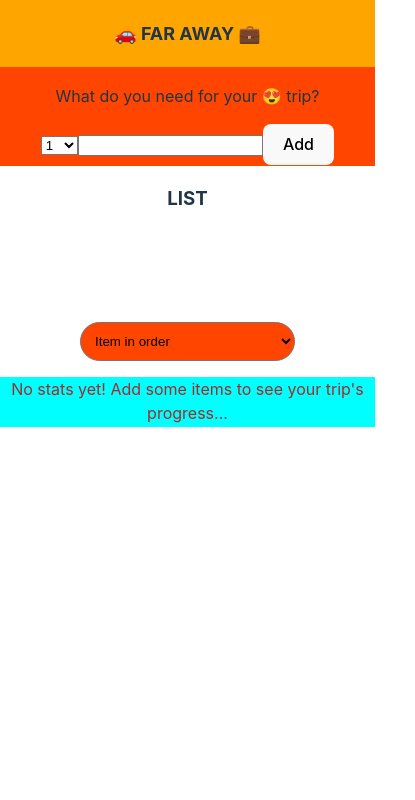
Repository: Celebration-cloud/Trip-Add-To-List
Page: /
An editor plug-in stored every save of this project. The page is shown before and after the next save, followed by the edit.
The browser window is 375 px wide. The page is 375 px wide, then 415 px, so the pictures cover 415 px, including what lies to the right of the window. The pictures show the whole page.
The project was rebuilt for these pictures with package versions that can differ from the ones it lists, and the page was loaded fresh each time. Also part of the build but not shown: vite.config.js.

Above is the page before, as saved 2023-10-29 16:28:28.

### src/App.jsx
import './App.css'
import TripList from './Trip-List/TripList'

function App() {

  return (
    <>
    <TripList/>
    </>
  )
}

export default App

### src/App.css
#root {
  margin: 0;
  padding: 0;
  text-align: center;
}

.logo {
  height: 6em;
  padding: 1.5em;
  will-change: filter;
  transition: filter 300ms;
}
.logo:hover {
  filter: drop-shadow(0 0 2em #646cffaa);
}
.logo.react:hover {
  filter: drop-shadow(0 0 2em #61dafbaa);
}

@keyframes logo-spin {
  from {
    transform: rotate(0deg);
  }
  to {
    transform: rotate(360deg);
  }
}

@media (prefers-reduced-motion: no-preference) {
  a:nth-of-type(2) .logo {
    animation: logo-spin infinite 20s linear;
  }
}

.card {
  padding: 2em;
}

.read-the-docs {
  color: #888;
}

### src/Trip-List/TripList.jsx
/* eslint-disable react/no-unescaped-entities */
/* eslint-disable react/prop-types */
import { useState } from "react";
import './TripList.css'
function TripList() {
  const [addItem, setAddItem] = useState([]);

  const handleAddItem = (item) => {
    setAddItem((items) => [...items, item]);
  };
  const handleRemoveItem = (id) =>{
    setAddItem(items => items.filter(p => p.id !== id))
  }
  const handleChecked = (id) => {
    setAddItem(items => items.map(item => item.id === id ? {...item, packed: !item.packed} : item));
  };
  return (
    <div>
      <TripHead/>
      <TripForm handleAddItem={handleAddItem}/>
      <TripListForm addItem={addItem} remove={handleRemoveItem} check={handleChecked}/>
      <TripStats stats={addItem}/>
    </div>
  )
}

export default TripList

function TripHead() {
  return (
    <div style={{backgroundColor: "orange", padding: "5px"}}>
      <h2 className="title">🚗 FAR AWAY 💼</h2>
    </div>
  )
}

function TripForm({handleAddItem}) {
  const [item, setItem] = useState({description: "", quantity: 1})

  const handleSubmit = (e) =>{
    e.preventDefault();
    if (!item.description) return;

    const newItem = {
      des: item.description,
      amount: item.quantity,
      packed: false,
      id: Date.now(),
    };

    handleAddItem(newItem);
    setItem({ description: "", quantity: 1 });
  }
  const handleInput = (e) =>{
    setItem(prev => ({...prev, description: e.target.value}))
  }
  const handleOption = (e) =>{
    setItem(prevState => ({...prevState,quantity: Number(e.target.value)}))
  }
  return (
    <div style={{ backgroundColor: "orangered", padding: "1px" }}>
      <form onSubmit={handleSubmit}>
        <span>
          <p>What do you need for your 😍 trip?</p>
          <select onChange={handleOption} value={item.quantity}>
            {Array.from({ length: 10 }, (_, i) => i + 1).map((num) => (
              <option value={num} key={num}>
                {num}
              </option>
            ))}
          </select>
          <input onChange={handleInput} value={item.description}></input>
          <button type="submit">Add</button>
        </span>
      </form>
    </div>
  );
}

function TripListForm({addItem, remove, check}) {
  const [sort, setSort] = useState("input")
  const sortingBy = (e) => {
    setSort(e.target.value);
  };
  let sorting;
  if (sort === "input") sorting = addItem;
  if (sort === "checked")
    sorting = addItem.slice().sort((a, b) => a.des.localeCompare(b.des));
  if (sort === "order")
    sorting = addItem
      .slice()
      .sort((a, b) => Number(a.packed) - Number(b.packed));

  return (
    <>
      <h3>LIST</h3>
      <ul style={{ listStyleType: "none" }}>
        <li>
          {sorting?.map((item) => (
            <>
              <input
                type="checkbox"
                value={item.packed}
                onChange={() => check(item.id)}
              />
              <span
                key={item.id}
                style={item.packed ? { textDecoration: "line-through" } : {}}
              >
                {item.amount}-{item.des}
              </span>
              <button onClick={() => remove(item.id)}>
                🚩
              </button>
            </>
          ))}
        </li>
      </ul>
      <div>
        <select onChange={sortingBy} value={sort} style={{padding: "10px 100px 10px 10px", marginTop: "90px", backgroundColor: "orangered", borderRadius: "20px"}}>
          <option value="input" style={{marginRight: "5px", backgroundColor: "brown" }}>Item in order</option>
          <option value="checked" style={{marginRight: "5px"}}>Checked Item</option>
          <option value="order" style={{marginRight: "5px"}}>Split Item</option>
        </select>
      </div>
    </>
  );
}

function TripStats({stats}) {
  if(!stats.length)
  return (
    <footer className="static">
      <p>No stats yet! Add some items to see your trip's progress...</p>
    </footer>
  );
  const total = stats.length
  const packed= stats.filter(items => items.packed).length
  const percent = Math.round((packed / total) * 100)
  return (
    <>
      {percent === 100 ? (
        <footer className="static">
          <p>You have Completed the List✈</p>
        </footer>
      ) : (
        <footer className="static">
          <p>
            You have {total} items on your list, and already packed {packed} (
            {percent}%)
          </p>
        </footer>
      )}
    </>
  );
}

### src/Trip-List/TripList.css
/* backgroundColor: "aqua",
            color: "brown",
            bottom: "0%",
            height: "30px",
            width: "100%", */
.static{
    position: absolute;
    background-color: aqua;
    color: brown;
    bottom: -0%;
    width: 100%;
}
.title{
    font-family: inherit;
    font-size: larger;
}
@media (max-width: 480px) {
    .static{
    position: relative;
    background-color: aqua;
    color: brown;
    bottom: 0%;
    height: 50px;
    width: 100%;
}
.title{
    font-family: inherit;
    font-size: large;
}
}

Loaded but not shown: index.html (common file); src/main.jsx (common file); src/index.css (common file)

After the next save:
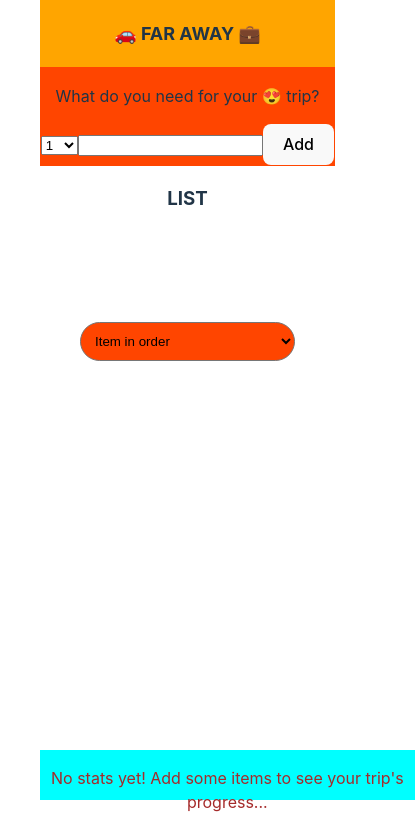
Saved 41 s later.
--- a/src/Trip-List/TripList.css
+++ b/src/Trip-List/TripList.css
@@ -16,7 +16,7 @@
 }
 @media (max-width: 480px) {
     .static{
-    position: relative;
+    position: none;
     background-color: aqua;
     color: brown;
     bottom: 0%;
